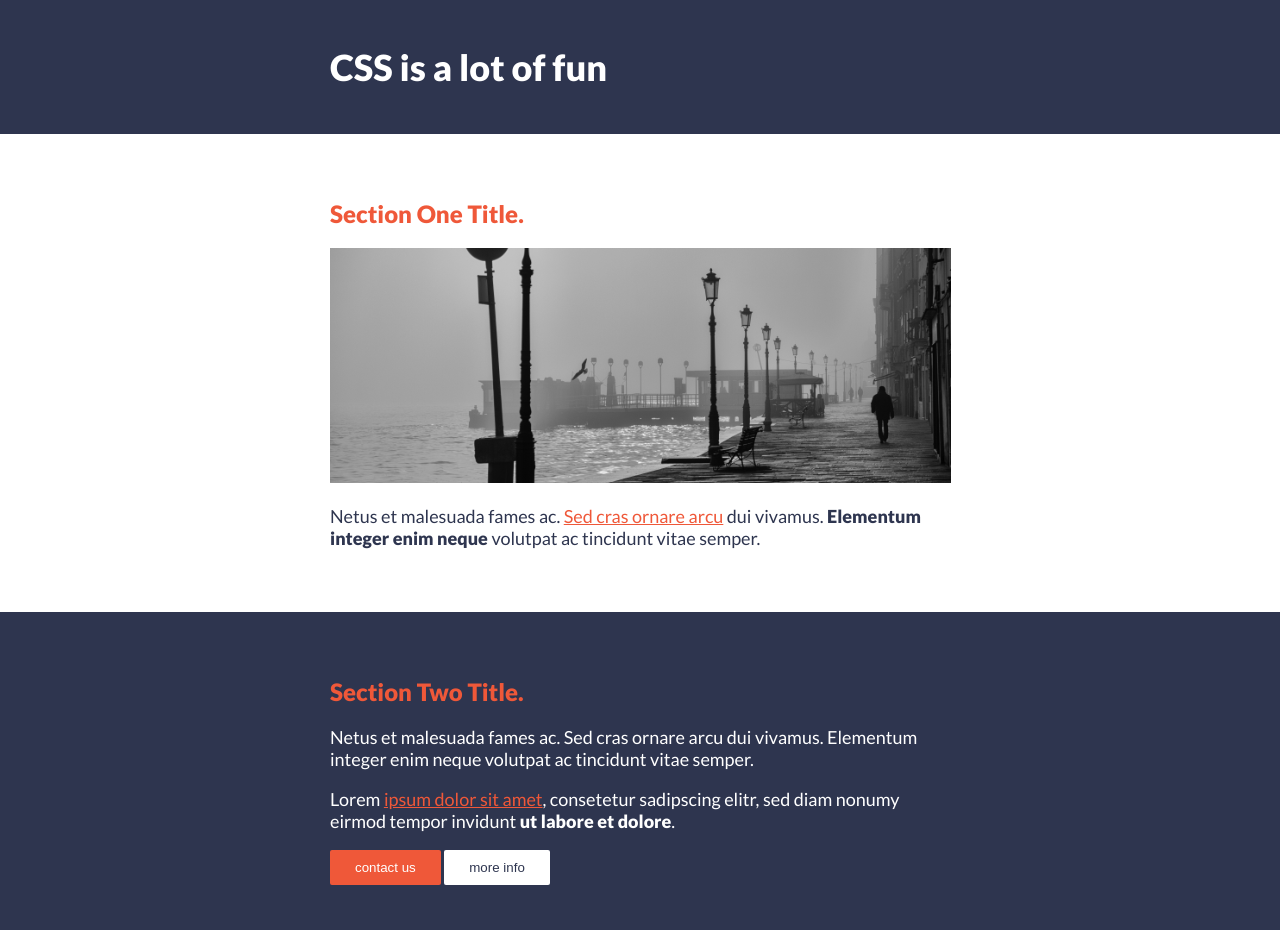
Repository: Doumham-Armah/sample-landing-page
Page: index.html
An editor plug-in stored every save of this project. The page is shown before and after the next save, followed by the edit.
The browser window is 1280 px wide. The pictures show the whole page.

Above is the page before, as saved 2021-08-16 14:17:32.

### index.html
<!DOCTYPE html>
<html lang="en">
  <head>
    <meta charset="UTF-8" />
    <meta http-equiv="X-UA-Compatible" content="IE=edge" />
    <meta name="viewport" content="width=device-width, initial-scale=1.0" />
    <title>Document</title>
    <link rel="preconnect" href="https://fonts.googleapis.com" />
    <link rel="preconnect" href="https://fonts.gstatic.com" crossorigin />
    <link rel="preconnect" href="https://fonts.googleapis.com" />
    <link rel="preconnect" href="https://fonts.gstatic.com" crossorigin />
    <link
      href="https://fonts.googleapis.com/css2?family=Lato:wght@400;900&display=swap"
      rel="stylesheet"
    />
    <link href="./style.css" rel="stylesheet" />
  </head>

  <body>
    <header>
      <div class="container">
        <h1>CSS is a lot of fun</h1>
      </div>
    </header>

    <section class="section-one">
      <div class="container">
        <h2>Section One Title.</h2>
        <img src="./images/boardwalk.png" alt="boardwalk image" />
        <p>
          Netus et malesuada fames ac. <a href="#">Sed cras ornare arcu</a> dui
          vivamus. <strong>Elementum integer enim neque</strong> volutpat ac
          tincidunt vitae semper.
        </p>
      </div>
    </section>

    <section class="section-two">
      <div class="container">
        <h2>Section Two Title.</h2>
        <p>
          Netus et malesuada fames ac. Sed cras ornare arcu dui vivamus.
          Elementum integer enim neque volutpat ac tincidunt vitae semper.
        </p>
        <p>
          Lorem <a href="#">ipsum dolor sit amet</a>, consetetur sadipscing
          elitr, sed diam nonumy eirmod tempor invidunt
          <strong>ut labore et dolore</strong>.
        </p>
        <button class="btn btn-accent">contact us</button>
        <button class="btn btn-white">more info</button>
      </div>
    </section>
  </body>
</html>

### style.css
body {
  margin: 0;
  font-size: 18px;
  font-family: "Lato", sans-serif;
  color: #2e354f;
}

h1,
h2,
strong {
  font-weight: 900;
}

/* Typography */

h1 {
  font-size: 36px;
  margin: 0;
}

h2 {
  font-size: 24px;
  color: #ef5839;
}

a {
  color: #ef5839;
}

a:hover,
a:focus {
  color: #d4b44c;
}

/* Buttons */

.btn {
  padding: 10px 25px;
  border: none;
  border-radius: 2px;
}

.btn-accent {
  background: #ef5839;
  color: #fff;
}

.btn-accent:hover {
  color: #2e354f;
  background: #d4b44c;
}

.btn-white {
  background: #fff;
  color: #2e354f;
}

.btn-white:hover {
  color: #2e354f;
  background: #999;
}

/* Layout */

header {
  background: #2e354f;
  padding: 45px 0;
  color: #fff;
}

section {
  padding: 45px 0;
}

.container {
  width: 620px;
  margin: 0 auto;
  /* border: 2px solid magenta; */
}

.section-two {
  background: #2e354f;
  color: #fff;
}

After the next save:
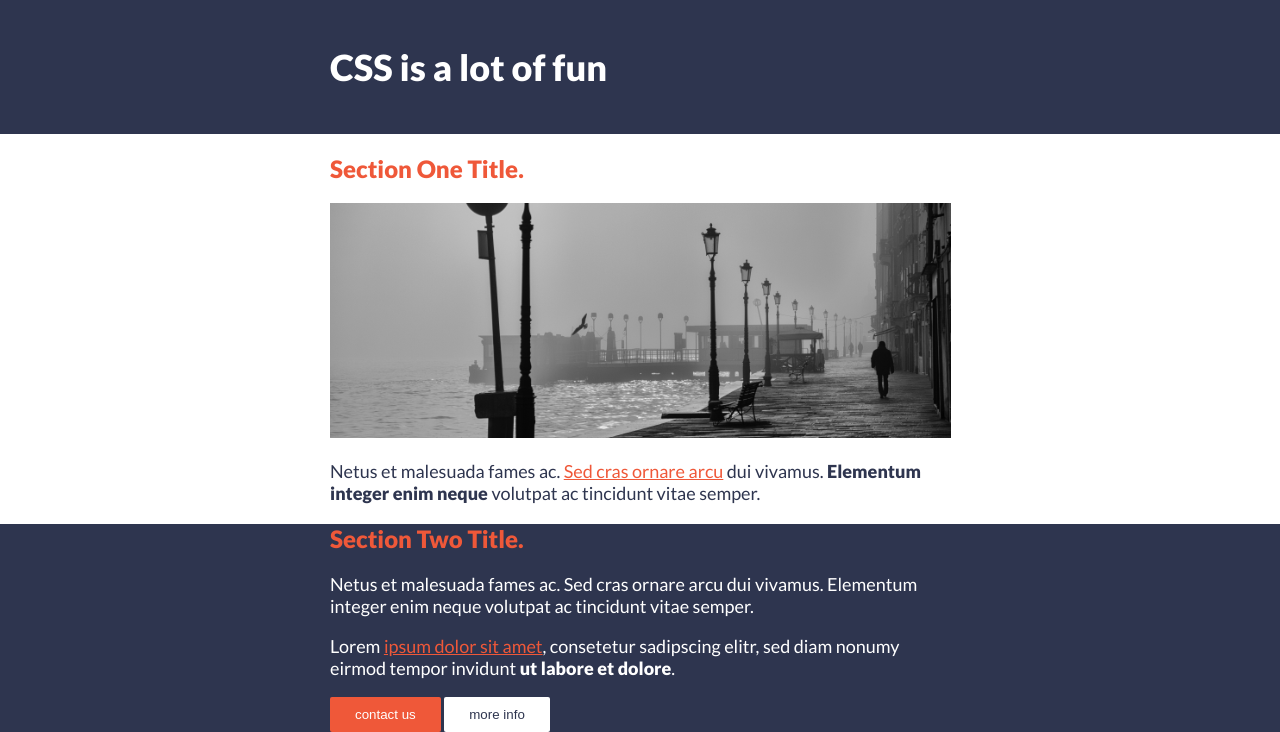
Saved 112 s later.
--- a/style.css
+++ b/style.css
@@ -69,7 +69,7 @@
 }
 
 section {
-  padding: 45px 0;
+  /* padding: 45px 0; */
 }
 
 .container {

After the save that followed:
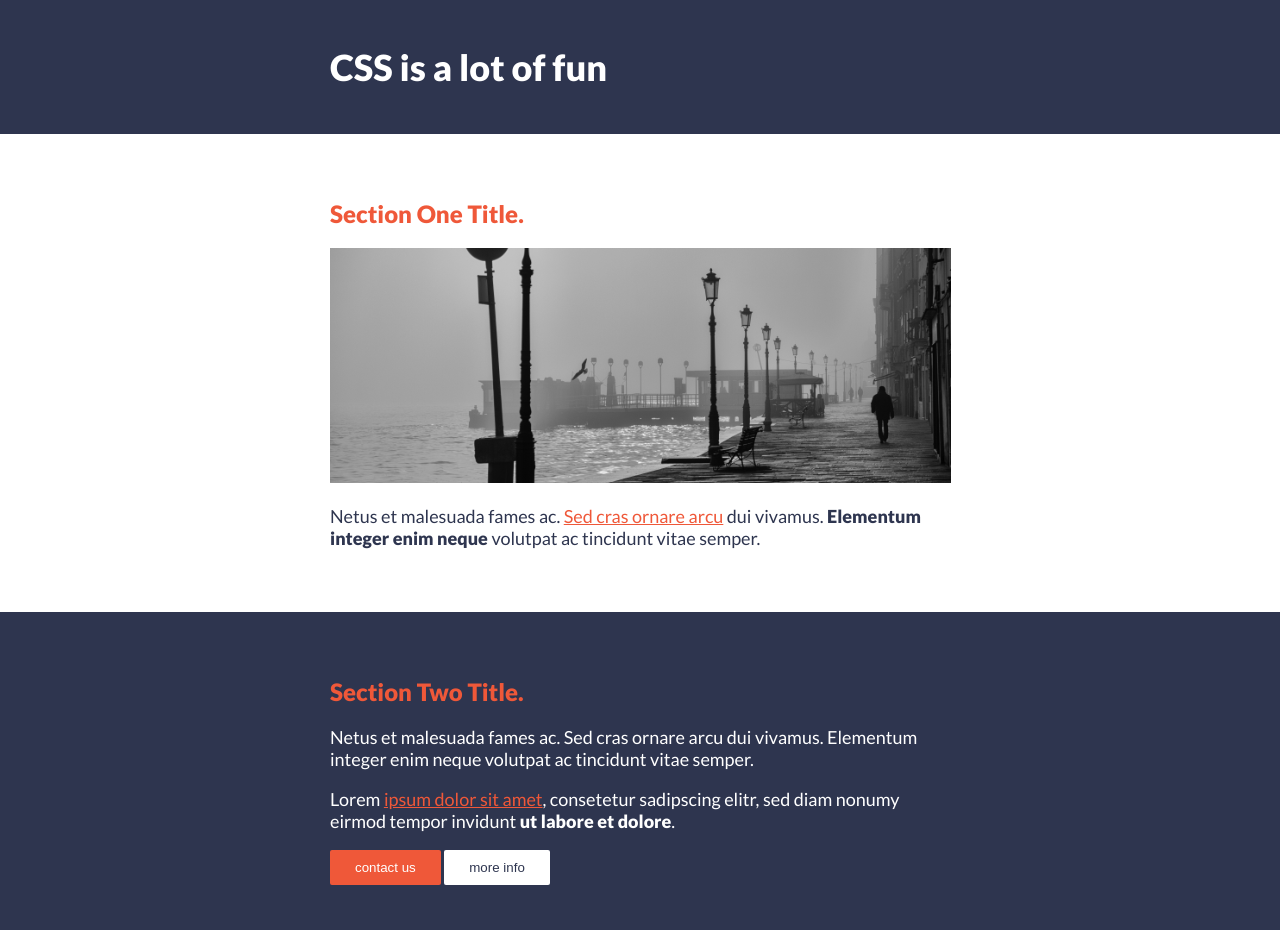
Saved 8 s later.
--- a/style.css
+++ b/style.css
@@ -69,7 +69,7 @@
 }
 
 section {
-  /* padding: 45px 0; */
+  padding: 45px 0;
 }
 
 .container {
